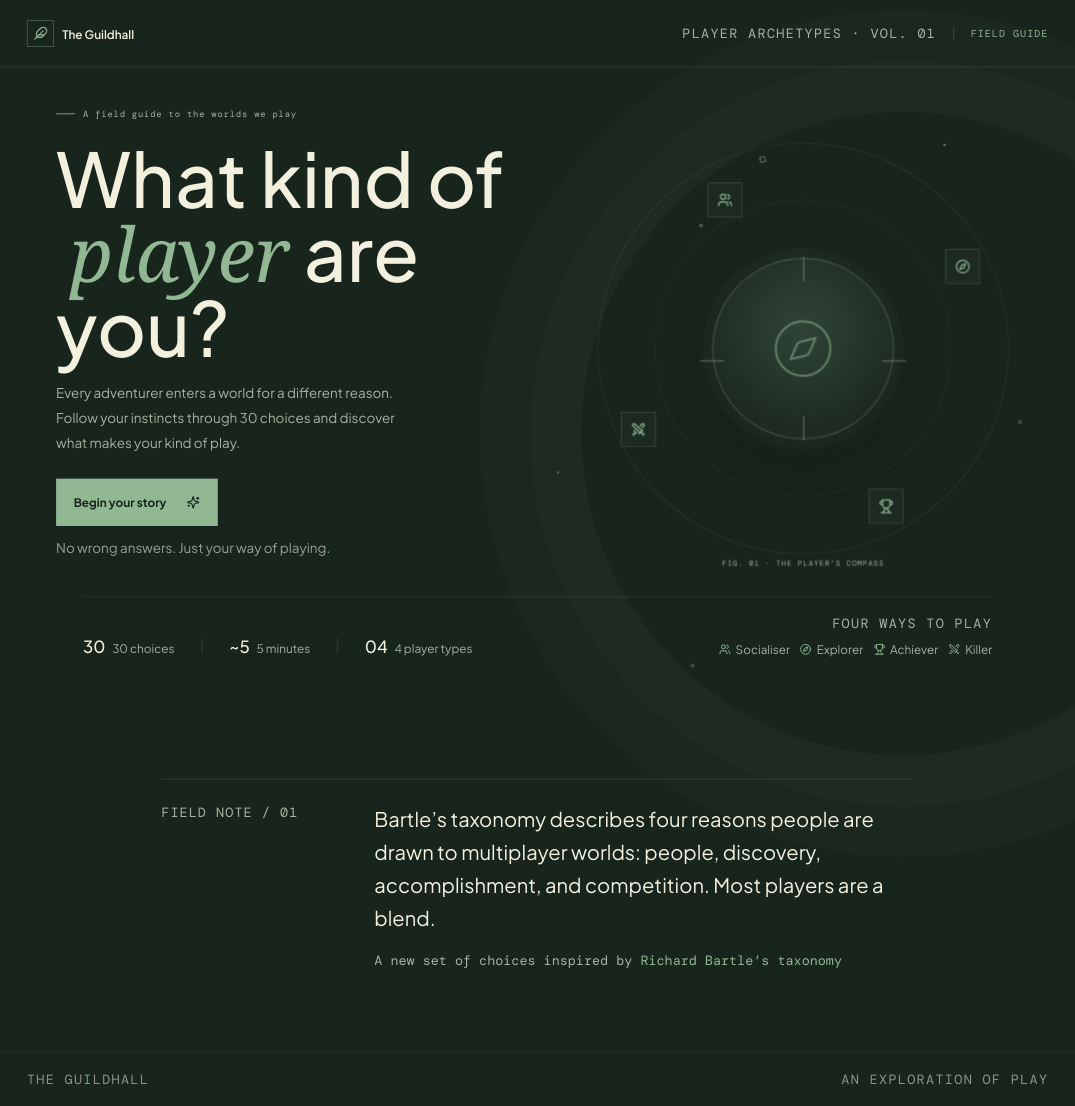
Repository: tiagoturra/bartle
Page: /
An editor plug-in stored every save of this project. The page is shown before and after the next save, followed by the edit.
The browser window is 1280 px wide. The pictures show the whole page, at 84% of full size.
The project was rebuilt for these pictures with package versions that can differ from the ones it lists, and the page was loaded fresh each time. Also part of the build but not shown: vite.config.ts, src/modules/bartle/components/QuestionCard.module.scss, src/modules/bartle/components/QuestionCard.tsx, src/modules/bartle/components/ResultsPanel.module.scss, src/modules/bartle/components/ResultsPanel.tsx.

Above is the page before, as saved 2026-10-30 22:24:26.

### index.html
<!doctype html>
<html lang="en">
  <head>
    <meta charset="UTF-8" />
    <meta name="viewport" content="width=device-width, initial-scale=1.0" />
    <meta name="theme-color" content="#17251d" />
    <meta
      name="description"
      content="Discover your player type in an atmospheric, story-led Bartle test."
    />
    <link rel="preconnect" href="https://fonts.googleapis.com" />
    <link rel="preconnect" href="https://fonts.gstatic.com" crossorigin />
    <link
      href="https://fonts.googleapis.com/css2?family=DM+Mono:wght@400;500&family=Plus+Jakarta+Sans:wght@400;500;600;700;800&display=swap"
      rel="stylesheet"
    />
    <title>The Guildhall — Bartle Player Type Test</title>
  </head>
  <body>
    <div id="root"></div>
    <script type="module" src="/src/main.tsx"></script>
  </body>
</html>

### src/main.tsx
import './i18n'
import { StrictMode } from 'react'
import { createRoot } from 'react-dom/client'
import { AppRoutes } from './routes'
import './index.css'

const rootElement = document.getElementById('root')

if (!rootElement) {
  throw new Error('The application root element was not found.')
}

createRoot(rootElement).render(
  <StrictMode>
    <AppRoutes />
  </StrictMode>,
)

### src/i18n/index.ts
import i18n from 'i18next'
import { initReactI18next } from 'react-i18next'
import enCommon from './locales/en-US/common.json'
import enBartle from './locales/en-US/bartle.json'
import enQuestions from './locales/en-US/questions.json'
import ptCommon from './locales/pt-BR/common.json'
import ptBartle from './locales/pt-BR/bartle.json'
import ptQuestions from './locales/pt-BR/questions.json'
import frCommon from './locales/fr-FR/common.json'
import frBartle from './locales/fr-FR/bartle.json'
import frQuestions from './locales/fr-FR/questions.json'
import deCommon from './locales/de-DE/common.json'
import deBartle from './locales/de-DE/bartle.json'
import deQuestions from './locales/de-DE/questions.json'

void i18n.use(initReactI18next).init({
  lng: 'en-US',
  fallbackLng: 'en-US',
  defaultNS: 'common',
  resources: {
    'en-US': {
      common: enCommon,
      bartle: enBartle,
      questions: enQuestions,
    },
    'pt-BR': {
      common: ptCommon,
      bartle: ptBartle,
      questions: ptQuestions,
    },
    'fr-FR': {
      common: frCommon,
      bartle: frBartle,
      questions: frQuestions,
    },
    'de-DE': {
      common: deCommon,
      bartle: deBartle,
      questions: deQuestions,
    },
  },
  interpolation: {
    escapeValue: false,
  },
})

i18n.on('languageChanged', (language) => {
  if (typeof document !== 'undefined') {
    document.documentElement.lang = language
  }
})

export default i18n

### src/routes/index.tsx
import { BrowserRouter, Navigate, Route, Routes } from 'react-router-dom'
import { BartlePage } from '../modules/bartle/pages/BartlePage'

export function AppRoutes() {
  return (
    <BrowserRouter>
      <Routes>
        <Route path="/" element={<BartlePage />} />
        <Route path="*" element={<Navigate to="/" replace />} />
      </Routes>
    </BrowserRouter>
  )
}

### src/index.css
@import "tailwindcss";

@theme {
  --color-forest: #17251d;
  --color-panel: #202f25;
  --color-cream: #f3f0de;
  --color-muted: #a9b29f;
  --color-accent: #91b793;
  --font-sans: "Plus Jakarta Sans", sans-serif;
  --font-mono: "DM Mono", monospace;
}

@layer base {
  :root {
    font-synthesis: none;
    text-rendering: optimizeLegibility;
    -webkit-font-smoothing: antialiased;
    -moz-osx-font-smoothing: grayscale;
    font-optical-sizing: auto;
  }

  html {
    min-width: 320px;
    scroll-behavior: smooth;
  }

  body {
    min-width: 320px;
    min-height: 100vh;
    margin: 0;
  }

  button,
  a {
    -webkit-tap-highlight-color: transparent;
  }

  ::selection {
    background: rgb(145 183 147 / 35%);
    color: #f3f0de;
  }
}

@media (prefers-reduced-motion: reduce) {
  *,
  *::before,
  *::after {
    scroll-behavior: auto !important;
    animation-duration: 0.01ms !important;
    animation-iteration-count: 1 !important;
    transition-duration: 0.01ms !important;
  }
}

### src/modules/bartle/pages/BartlePage.tsx
import { Compass, Feather, Sparkles, Swords, Trophy, Users } from 'lucide-react'
import { useEffect, useState } from 'react'
import { useTranslation } from 'react-i18next'
import {
  readSessionStorage,
  removeSessionStorage,
  writeSessionStorage,
} from '../../../core/browser/sessionStorage'
import { QuestionCard } from '../components/QuestionCard'
import { ResultsPanel } from '../components/ResultsPanel'
import testConfigJson from '../data/test.config.json'
import { calculateScores } from '../scoring'
import type { BartleTestConfig, PlayerTypeScore } from '../types'
import styles from './BartlePage.module.scss'

type TestPhase = 'intro' | 'test' | 'results'

const testConfig = testConfigJson as BartleTestConfig
const progressStorageKey = 'guildhall-bartle-progress'
const progressVersion = 1
const iconByType = {
  socialiser: Users,
  explorer: Compass,
  achiever: Trophy,
  killer: Swords,
}

interface SavedProgress {
  version: typeof progressVersion
  phase: 'test' | 'results'
  currentIndex: number
  answers: Record<string, string>
  advanceOnSelection: boolean
}

interface RestoredProgress {
  phase: TestPhase
  currentIndex: number
  answers: Record<string, string>
  advanceOnSelection: boolean
  scores: PlayerTypeScore[] | null
  storageError: boolean
}

function isValidSavedProgress(value: unknown): value is SavedProgress {
  if (!value || typeof value !== 'object') return false

  const progress = value as Partial<SavedProgress>
  if (
    progress.version !== progressVersion ||
    (progress.phase !== 'test' && progress.phase !== 'results') ||
    !Number.isInteger(progress.currentIndex) ||
    (progress.currentIndex ?? -1) < 0 ||
    (progress.currentIndex ?? testConfig.questions.length) >= testConfig.questions.length ||
    typeof progress.advanceOnSelection !== 'boolean' ||
    !progress.answers ||
    typeof progress.answers !== 'object' ||
    Array.isArray(progress.answers)
  ) {
    return false
  }

  const answers = progress.answers as Record<string, unknown>
  for (const [questionId, answerId] of Object.entries(answers)) {
    const question = testConfig.questions.find(({ id }) => id === questionId)
    if (
      !question ||
      typeof answerId !== 'string' ||
      !question.answers.some((answer) => answer.id === answerId)
    ) {
      return false
    }
  }

  const currentQuestion = testConfig.questions[progress.currentIndex!]
  if (
    progress.advanceOnSelection &&
    !currentQuestion.answers.some(
      ({ id }) => id === answers[currentQuestion.id],
    )
  ) {
    return false
  }

  if (progress.phase === 'results') {
    return (
      testConfig.questions.every((question) => answers[question.id]) &&
      !progress.advanceOnSelection
    )
  }

  return true
}

function restoreProgress(): RestoredProgress {
  const emptyProgress: RestoredProgress = {
    phase: 'intro',
    currentIndex: 0,
    answers: {},
    advanceOnSelection: false,
    scores: null,
    storageError: false,
  }
  const stored = readSessionStorage(progressStorageKey)

  if (!stored.ok) {
    console.error(stored.error)
    return { ...emptyProgress, storageError: true }
  }

  if (!stored.value) return emptyProgress

  try {
    const saved: unknown = JSON.parse(stored.value)
    if (!isValidSavedProgress(saved)) {
      return { ...emptyProgress, storageError: true }
    }

    return {
      phase: saved.phase,
      currentIndex: saved.currentIndex,
      answers: saved.answers,
      advanceOnSelection: saved.advanceOnSelection,
      scores:
        saved.phase === 'results'
          ? calculateScores(saved.answers, testConfig)
          : null,
      storageError: false,
    }
  } catch (error) {
    console.error('Unable to restore the saved Bartle test progress.', error)
    return { ...emptyProgress, storageError: true }
  }
}

export function BartlePage() {
  const { t } = useTranslation()
  const [restoredProgress] = useState(restoreProgress)
  const [phase, setPhase] = useState<TestPhase>(restoredProgress.phase)
  const [currentIndex, setCurrentIndex] = useState(restoredProgress.currentIndex)
  const [answers, setAnswers] = useState<Record<string, string>>(restoredProgress.answers)
  const [scores, setScores] = useState<PlayerTypeScore[] | null>(restoredProgress.scores)
  const [advanceOnSelection, setAdvanceOnSelection] = useState(
    restoredProgress.advanceOnSelection,
  )
  const [storageError, setStorageError] = useState(restoredProgress.storageError)
  const currentQuestion = testConfig.questions[currentIndex]

  function startTest() {
    setAnswers({})
    setCurrentIndex(0)
    setScores(null)
    setAdvanceOnSelection(false)
    setPhase('test')
  }

  function resetTest() {
    startTest()
  }

  useEffect(() => {
    if (phase === 'intro') {
      const result = removeSessionStorage(progressStorageKey)
      if (!result.ok) {
        console.error(result.error)
        setStorageError(true)
      }
      return
    }

    const progress: SavedProgress = {
      version: progressVersion,
      phase,
      currentIndex,
      answers,
      advanceOnSelection,
    }
    const result = writeSessionStorage(
      progressStorageKey,
      JSON.stringify(progress),
    )

    if (!result.ok) {
      console.error(result.error)
      setStorageError(true)
    } else {
      setStorageError(false)
    }
  }, [advanceOnSelection, answers, currentIndex, phase])

  useEffect(() => {
    if (phase !== 'test' || !advanceOnSelection) return

    const timeout = window.setTimeout(() => {
      if (currentIndex === testConfig.questions.length - 1) {
        setScores(calculateScores(answers, testConfig))
        setPhase('results')
      } else {
        setCurrentIndex((index) => index + 1)
      }

      setAdvanceOnSelection(false)
    }, 650)

    return () => window.clearTimeout(timeout)
  }, [advanceOnSelection, answers, currentIndex, phase])

  return (
    <main className={`relative min-h-dvh overflow-hidden bg-forest text-cream ${styles.pageBackdrop}`}>
      <div className="pointer-events-none absolute inset-0 z-0 overflow-hidden" aria-hidden="true">
        <span className={`absolute right-[-14%] top-[10%] aspect-square w-[min(60vw,780px)] rounded-full ${styles.ambientOrb}`} />
        <span className={styles.constellation} />
      </div>

      <header className="relative z-10 mx-auto flex min-h-16 w-full max-w-7xl items-center gap-3 border-b border-cream/10 px-4 md:min-h-20 md:gap-5 md:px-8">
        <a
          className="inline-flex cursor-pointer items-center gap-2.5 font-sans text-sm font-semibold text-cream focus-visible:outline-2 focus-visible:outline-offset-4 focus-visible:outline-accent"
          href="/"
          onClick={(event) => {
            event.preventDefault()
            setPhase('intro')
          }}
          aria-label={t('brand')}
        >
          <span className="grid size-8 place-items-center border border-accent/40 text-accent"><Feather size={17} /></span>
          <span>{t('brand')}</span>
        </a>
        <span className="ml-auto hidden font-mono tracking-[0.1em] text-muted md:inline">{t('nav.edition')}</span>
        <span className="hidden h-3.5 w-px bg-cream/20 md:block" />
        <span className="ml-auto font-mono text-xs tracking-[0.1em] text-accent md:ml-0">{t('nav.fieldGuide')}</span>
      </header>

      {storageError && (
        <p className="relative z-10 mx-auto my-3 w-[calc(100%-2rem)] max-w-7xl border border-[#e3a18d]/40 bg-[#e3a18d]/10 px-4 py-3 text-sm text-[#e3a18d]" role="alert">
          {t('test.storageError')}
        </p>
      )}

      <div className="relative z-10 mx-auto w-full max-w-7xl px-4 md:px-8">
        {phase === 'intro' && (
          <section className="grid min-h-[calc(100dvh-5rem)] grid-cols-1 items-center gap-4 py-14 md:grid-cols-[1.04fr_0.96fr] md:gap-0 md:py-12">
            <div className={`relative z-10 pb-0 md:pb-10 md:pl-[5.5%] ${styles.heroCopy}`}>
              <p className="mb-0 flex items-center gap-2.5 font-mono text-[0.66rem] tracking-[0.09em] text-muted">
                <span className="h-px w-[22px] bg-accent" />
                {t('intro.eyebrow')}
              </p>
              <h1 className="mb-5 mt-5 max-w-2xl font-sans text-5xl font-medium leading-[0.98] sm:text-6xl lg:mb-5 lg:mt-6 lg:text-7xl xl:text-8xl">
                {t('intro.titleStart')}
                <br />
                <span className="mx-4 font-serif font-normal italic text-accent">{t('intro.titleAccent')}</span>
                {t('intro.titleEnd')}
              </h1>
              <p className="m-0 max-w-[410px] leading-[1.85] text-muted">{t('intro.description')}</p>
              <button className="mt-7 inline-flex min-h-14 cursor-pointer items-center gap-6 border border-accent bg-accent px-5 text-sm font-bold text-forest transition duration-200 hover:-translate-y-0.5 hover:bg-[#a5c5a5] hover:shadow-lg focus-visible:outline-2 focus-visible:outline-offset-4 focus-visible:outline-cream" type="button" onClick={startTest}>
                {t('intro.begin')}
                <span aria-hidden="true"><Sparkles size={16} /></span>
              </button>
              <p className="mb-0 mt-3.5 text-s text-cream/60">{t('intro.footnote')}</p>
            </div>

            <div className={`relative mx-auto grid aspect-square w-[min(82vw,420px)] place-items-center justify-self-center md:w-full md:max-w-[570px] ${styles.heroArt}`} aria-hidden="true">
              <div className={`${styles.orbit} ${styles.orbitOuter}`} />
              <div className={`${styles.orbit} ${styles.orbitInner}`} />
              <div className={styles.artHalo} />
              <div className={styles.artCore}>
                <div className={styles.compassRose}>
                  <span className={styles.roseNorth} />
                  <span className={styles.roseSouth} />
                  <span className={styles.roseEast} />
                  <span className={styles.roseWest} />
                  <Compass size={78} strokeWidth={0.75} />
                </div>
              </div>
              <span className={`${styles.typeMark} ${styles.markSocial}`}><Users size={18} /></span>
              <span className={`${styles.typeMark} ${styles.markExplore}`}><Compass size={18} /></span>
              <span className={`${styles.typeMark} ${styles.markAchieve}`}><Trophy size={18} /></span>
              <span className={`${styles.typeMark} ${styles.markKiller}`}><Swords size={18} /></span>
              <span className="absolute bottom-[3%] font-mono text-[0.5rem] tracking-[0.12em] text-muted md:bottom-[4%] md:text-[0.56rem]">{t('intro.artCaption')}</span>
            </div>

            <div className="col-span-full mx-0 mt-2 grid grid-cols-1 items-end gap-6 border-t border-cream/10 pt-5 md:mx-[5.5%] md:grid-cols-[1fr_auto] md:gap-5">
              <div className="flex items-center justify-between gap-4 md:justify-start md:gap-8">
                <div className="flex flex-col items-start gap-0 md:flex-row md:items-baseline md:gap-2"><strong className="font-sans text-xl font-medium text-cream">30</strong><span className="text-sm text-muted">{t('intro.stats.choices')}</span></div>
                <span className="h-[18px] w-px bg-cream/15" />
                <div className="flex flex-col items-start gap-0 md:flex-row md:items-baseline md:gap-2"><strong className="font-sans text-xl font-medium text-cream">~5</strong><span className="text-sm text-muted">{t('intro.stats.time')}</span></div>
                <span className="h-[18px] w-px bg-cream/15" />
                <div className="flex flex-col items-start gap-0 md:flex-row md:items-baseline md:gap-2"><strong className="font-sans text-xl font-medium text-cream">04</strong><span className="text-sm text-muted">{t('intro.stats.types')}</span></div>
              </div>
              <div className="flex flex-wrap items-center justify-start gap-x-3 gap-y-2 md:max-w-[330px] md:justify-end">
                <span className="w-full font-mono tracking-[0.1em] text-muted md:text-right">{t('intro.typesLabel')}</span>
                {testConfig.categories.map(({ id }) => {
                  const Icon = iconByType[id]

                  return (
                    <span className="inline-flex items-center gap-1.5 text-sm text-muted" key={id}>
                      <Icon className="text-accent" size={14} aria-hidden="true" />
                      {t(`types.${id}.name`)}
                    </span>
                  )
                })}
              </div>
              <a className="hidden cursor-pointer items-center gap-3 font-mono tracking-[0.1em] text-muted no-underline max-md:inline-flex" href="#about">
                {t('intro.scroll')}
                <span className="h-px w-[34px] bg-accent" />
              </a>
            </div>
          </section>
        )}

        {phase === 'test' && currentQuestion && (
          <div className="flex min-h-[calc(100dvh-5rem)] items-center justify-center py-9 md:py-[70px]">
            <QuestionCard
              key={currentQuestion.id}
              question={currentQuestion}
              questionIndex={currentIndex}
              questionCount={testConfig.questions.length}
              selectedAnswer={answers[currentQuestion.id]}
              isAdvancing={advanceOnSelection}
              isFirst={currentIndex === 0}
              onReset={resetTest}
              onSelect={(answerId) => {
                setAnswers((previous) => ({
                  ...previous,
                  [currentQuestion.id]: answerId,
                }))
                setAdvanceOnSelection(true)
              }}
              onPrevious={() => {
                setAdvanceOnSelection(false)
                setCurrentIndex((index) => Math.max(0, index - 1))
              }}
            />
          </div>
        )}

        {phase === 'results' && scores && (
          <div className="flex min-h-[calc(100dvh-5rem)] items-center justify-center py-9 md:py-[70px]">
            <ResultsPanel scores={scores} onRestart={startTest} />
          </div>
        )}
      </div>

      {phase === 'intro' && (
        <section className="mx-auto my-12 grid w-[calc(100%-2rem)] max-w-4xl grid-cols-1 gap-4 border-t border-cream/15 pt-7 md:my-24 md:grid-cols-[minmax(100px,0.32fr)_1fr] md:gap-x-12 md:gap-y-5" id="about">
          <span className="font-mono tracking-[0.08em] text-muted">{t('about.index')}</span>
          <p className="m-0 max-w-2xl font-sans text-xl leading-relaxed text-cream md:text-2xl">{t('about.description')}</p>
          <span className="font-mono text-muted md:col-start-2">
            {t('about.source')}{' '}
            <a className="cursor-pointer text-accent underline-offset-4 hover:text-cream" href="http://mud.co.uk/richard/hcds.htm" target="_blank" rel="noreferrer">
              {t('about.sourceLink')}
            </a>
          </span>
        </section>
      )}

      <footer className="relative z-10 mx-auto flex w-full max-w-7xl justify-between border-t border-cream/10 px-4 py-5 font-mono tracking-[0.1em] text-cream/55 md:px-8">
        <span>{t('footer.brand')}</span>
        <span>{t('footer.tagline')}</span>
      </footer>
    </main>
  )
}

### src/core/browser/sessionStorage.ts
export type SessionStorageResult =
  | { ok: true; value: string | null }
  | { ok: false; error: Error }

export type SessionStorageWriteResult =
  | { ok: true }
  | { ok: false; error: Error }

export function readSessionStorage(key: string): SessionStorageResult {
  if (typeof window === 'undefined') {
    return { ok: true, value: null }
  }

  try {
    return { ok: true, value: window.sessionStorage.getItem(key) }
  } catch (error) {
    return {
      ok: false,
      error: new Error('Unable to read session storage.', { cause: error }),
    }
  }
}

export function writeSessionStorage(
  key: string,
  value: string,
): SessionStorageWriteResult {
  if (typeof window === 'undefined') {
    return { ok: true }
  }

  try {
    window.sessionStorage.setItem(key, value)
    return { ok: true }
  } catch (error) {
    return {
      ok: false,
      error: new Error('Unable to save session storage.', { cause: error }),
    }
  }
}

export function removeSessionStorage(key: string): SessionStorageWriteResult {
  if (typeof window === 'undefined') {
    return { ok: true }
  }

  try {
    window.sessionStorage.removeItem(key)
    return { ok: true }
  } catch (error) {
    return {
      ok: false,
      error: new Error('Unable to clear session storage.', { cause: error }),
    }
  }
}

### src/modules/bartle/scoring.ts
import type {
  BartleTestConfig,
  PlayerTypeId,
  PlayerTypeScore,
} from './types'

export function calculateScores(
  answers: Record<string, string>,
  config: BartleTestConfig,
): PlayerTypeScore[] {
  const points = Object.fromEntries(
    config.categories.map(({ id }) => [id, 0]),
  ) as Record<PlayerTypeId, number>

  for (const question of config.questions) {
    const answerId = answers[question.id]
    const answer = question.answers.find(({ id }) => id === answerId)

    if (!answer) {
      throw new Error(`A valid answer is required for question "${question.id}".`)
    }

    for (const [category, score] of Object.entries(answer.scores)) {
      if (!(category in points) || typeof score !== 'number' || score < 0) {
        throw new Error(`Invalid scoring rule on question "${question.id}".`)
      }

      points[category as PlayerTypeId] += score
    }
  }

  const totalPoints = Object.values(points).reduce((sum, score) => sum + score, 0)

  if (totalPoints === 0) {
    throw new Error('The test configuration must award at least one point.')
  }

  return config.categories
    .map(({ id }) => ({
      id,
      points: points[id],
      percentage: (points[id] / totalPoints) * 100,
    }))
    .sort((first, second) => second.points - first.points)
}

Loaded but not shown: src/modules/bartle/data/test.config.json (271 lines, source omitted); src/i18n/locales/de-DE/questions.json (32 lines, source omitted); src/i18n/locales/en-US/questions.json (212 lines, source omitted); src/i18n/locales/fr-FR/questions.json (32 lines, source omitted); src/i18n/locales/pt-BR/questions.json (32 lines, source omitted); src/i18n/locales/fr-FR/common.json (86 lines, source omitted); src/i18n/locales/de-DE/common.json (86 lines, source omitted); src/i18n/locales/pt-BR/common.json (86 lines, source omitted); src/i18n/locales/en-US/common.json (86 lines, source omitted); src/i18n/locales/pt-BR/bartle.json (6 lines, source omitted); src/i18n/locales/fr-FR/bartle.json (6 lines, source omitted); src/i18n/locales/de-DE/bartle.json (6 lines, source omitted); src/i18n/locales/en-US/bartle.json (6 lines, source omitted); src/modules/bartle/pages/BartlePage.module.scss (729 lines, source omitted)

After the next save:
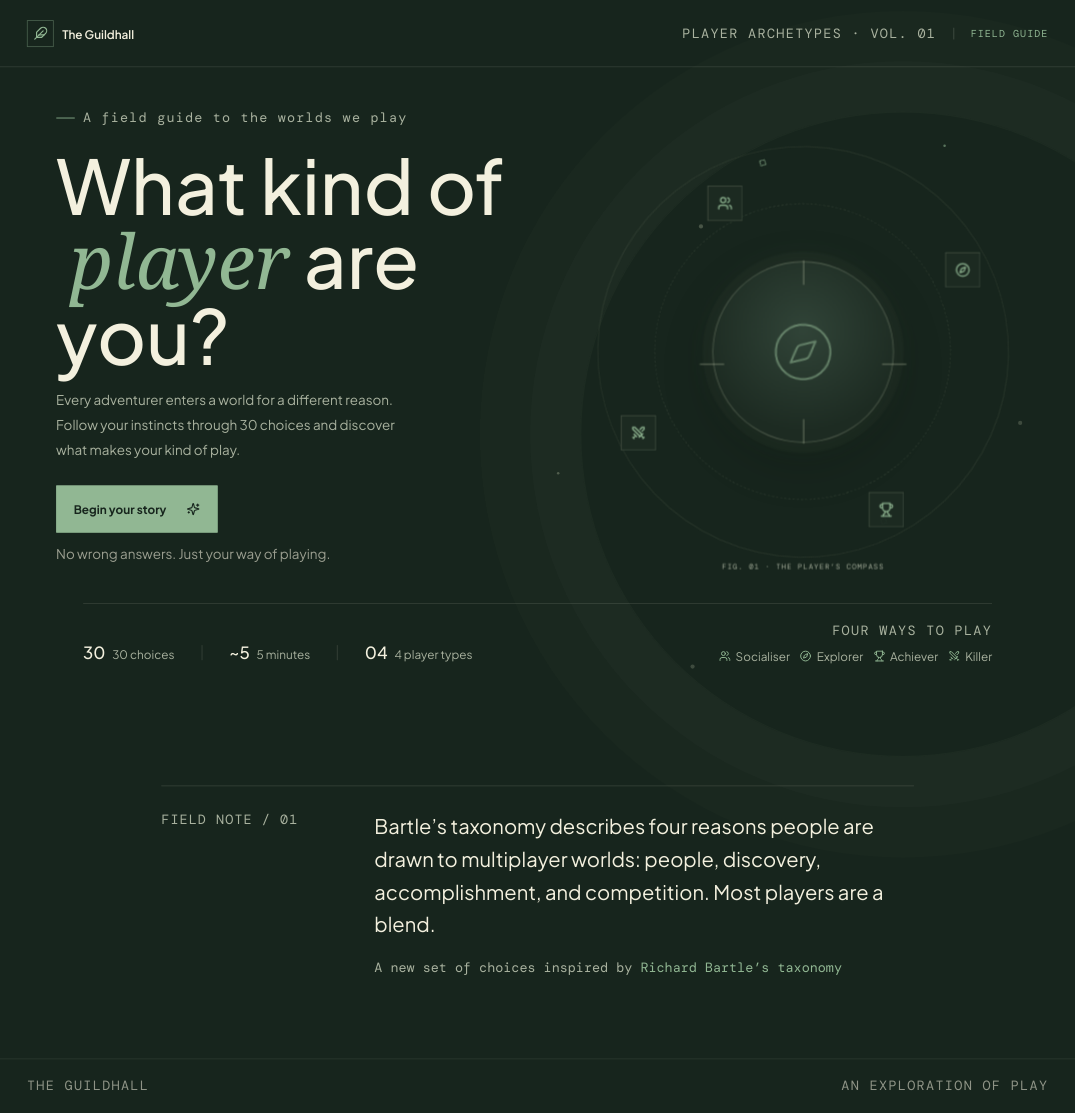
Saved 15 s later.
--- a/src/modules/bartle/pages/BartlePage.tsx
+++ b/src/modules/bartle/pages/BartlePage.tsx
@@ -240,7 +240,7 @@ export function BartlePage() {
         {phase === 'intro' && (
           <section className="grid min-h-[calc(100dvh-5rem)] grid-cols-1 items-center gap-4 py-14 md:grid-cols-[1.04fr_0.96fr] md:gap-0 md:py-12">
             <div className={`relative z-10 pb-0 md:pb-10 md:pl-[5.5%] ${styles.heroCopy}`}>
-              <p className="mb-0 flex items-center gap-2.5 font-mono text-[0.66rem] tracking-[0.09em] text-muted">
+              <p className="mb-0 flex items-center gap-2.5 font-mono tracking-[0.09em] text-muted">
                 <span className="h-px w-[22px] bg-accent" />
                 {t('intro.eyebrow')}
               </p>
